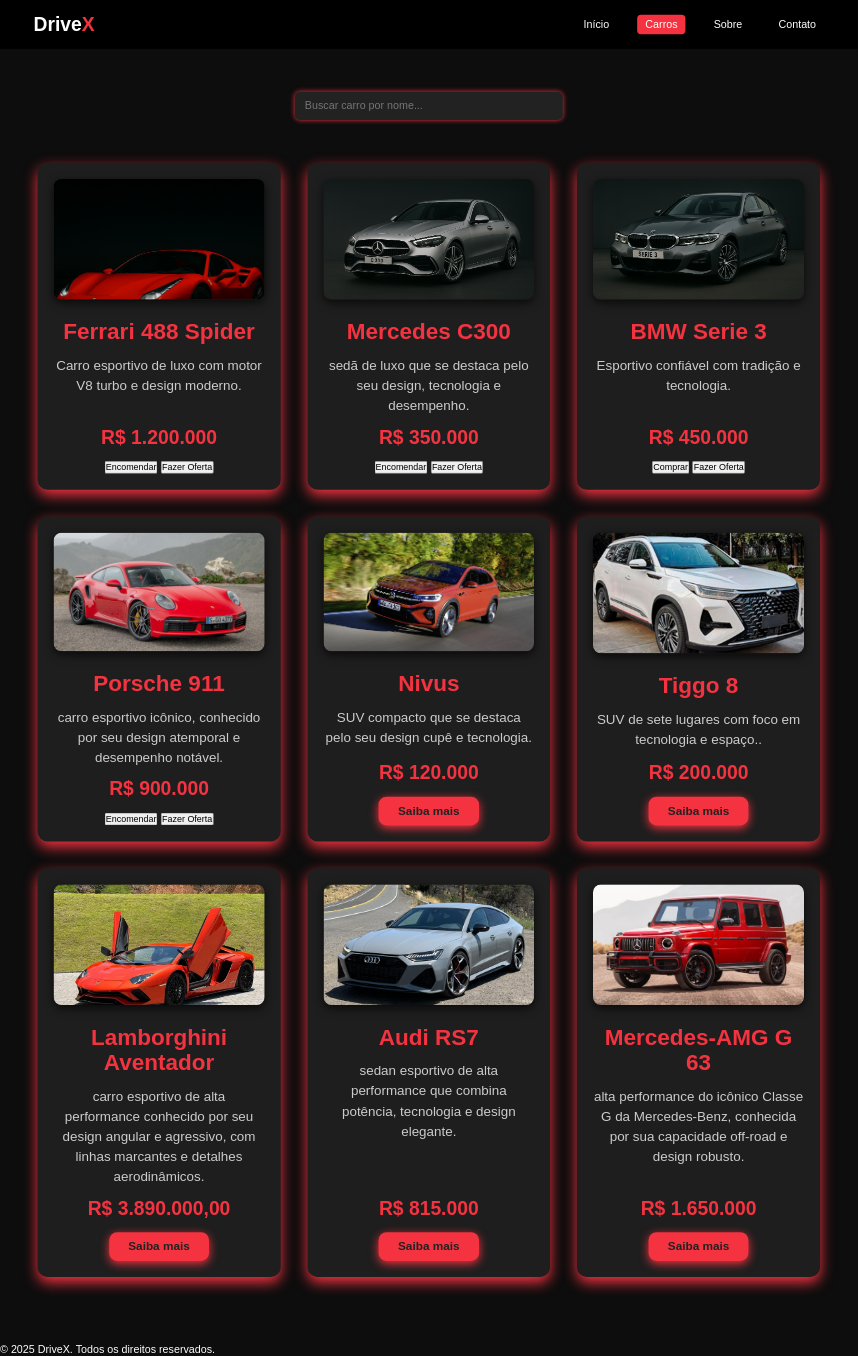
Repository: Mateushlp/DriveX
Page: carros.html
The author's editor kept a copy of each file at every save. The page is drawn from the files as they stood at one save, then again after the next save.
The browser window is 1280 px wide. The pictures show the whole page, at 67% of full size.

Above is the page before, as saved 2025-06-24 22:15:35.

### carros.html
<!DOCTYPE html>
<html lang="pt-br">
<head>
  <meta charset="UTF-8" />
  <meta name="viewport" content="width=device-width, initial-scale=1.0" />
  <title>DriveX - Carros Disponíveis</title>
  <link rel="stylesheet" href="carros.css" />
</head>
<body>
  <header>
    <div class="logo">
     <a href="./index.html">Drive<span>X</span></div></a>
    <nav>
      <ul>
        <li><a href="index.html">Início</a></li>
        <li><a href="carros.html" class="active">Carros</a></li>
        <li><a href="sobre.html">Sobre</a></li>
        <li><a href="contato.html">Contato</a></li>
      </ul>
    </nav>
  </header>

  <main>
    <section class="filtro" style="text-align:center; margin: 2rem 0;">
      <input type="text" id="filtro-carros" placeholder="Buscar carro por nome..." />
    </section>

    <section class="grid-carro">
      <div class="card-carro">
        <img src="./img/ferrari.png" alt="Ferrari 488 Spider" />
        <h3>Ferrari 488 Spider</h3>
        <p>Carro esportivo de luxo com motor V8 turbo e design moderno.</p>
        <strong>R$ 1.200.000</strong>
        <div class="botoes-card">
  <button class="btn-encomenda" data-modelo="Ferrari 488 Spider">Encomendar</button>
  <button class="btn-oferta" data-modelo="Ferrari 488 Spider">Fazer Oferta</button>
</div>
      </div>
      <div class="card-carro">
        <img src="./img/ChatGPT Image 19 de jun. de 2025, 23_14_08.png" alt="Mercedes C300" />
        <h3>Mercedes C300</h3>
        <p>sedã de luxo que se destaca pelo seu design, tecnologia e desempenho.</p>
        <strong>R$ 350.000</strong>
        <div class="botoes-card">
  <button class="btn-encomenda" data-modelo="Mercedes C300">Encomendar</button>
  <button class="btn-oferta" data-modelo="Mercedes C300">Fazer Oferta</button>
</div>

      </div>
      <div class="card-carro">
        <img src="./img/serie 3.png" alt="BMW Serie 3" />
        <h3>BMW Serie 3</h3>
        <p>Esportivo confiável com tradição e tecnologia.</p>
        <strong>R$ 450.000</strong>
       <div class="botoes-card">
  <button class="btn-encomenda" data-modelo="BMW Serie 3">Comprar</button>
  <button class="btn-oferta" data-modelo="BMW Serie 3">Fazer Oferta</button>
</div>

      </div>
           <div class="card-carro">
        <img src="./img/Porsche-911.jpg" alt="911" />
        <h3>Porsche 911</h3>
        <p> carro esportivo icônico, conhecido por seu design atemporal e desempenho notável.</p>
        <strong>R$ 900.000</strong>
       <div class="botoes-card">
  <button class="btn-encomenda" data-modelo="911">Encomendar</button>
  <button class="btn-oferta" data-modelo="911">Fazer Oferta</button>
</div>

      </div>
              <div class="card-carro">
        <img src="./img/nivus.jpg" alt="nivus" />
        <h3>Nivus</h3>
        <p> SUV compacto que se destaca pelo seu design cupê e tecnologia.</p>
        <strong>R$ 120.000</strong>
        <button class="btn-detalhes" data-modelo="nivus">Saiba mais</button>
      </div>
             <div class="card-carro">
        <img src="./img/tiggo8pro.jpg" alt="tiggo8" />
        <h3>Tiggo 8</h3>
        <p> SUV de sete lugares com foco em tecnologia e espaço..</p>
        <strong>R$ 200.000</strong>
        <button class="btn-detalhes" data-modelo="tiggo8">Saiba mais</button>
      </div>
                <div class="card-carro">
        <img src="./img/lamborghini.png" alt="aventador" />
        <h3>Lamborghini Aventador</h3>
        <p>carro esportivo de alta performance conhecido por seu design angular e agressivo, com linhas marcantes e detalhes aerodinâmicos.</p>
        <strong>R$ 3.890.000,00</strong>
        <button class="btn-detalhes" data-modelo="aventador">Saiba mais</button>
      </div>
                  <div class="card-carro">
        <img src="./img/audirs7.png" alt="audirs7" />
        <h3>Audi RS7</h3>
        <p> sedan esportivo de alta performance que combina potência, tecnologia e design elegante.</p>
        <strong>R$ 815.000</strong>
        <button class="btn-detalhes" data-modelo="audirs7">Saiba mais</button>
      </div>
                   <div class="card-carro">
        <img src="./img/g63.png" alt="g63" />
        <h3>Mercedes-AMG G 63</h3>
        <p> alta performance do icônico Classe G da Mercedes-Benz, conhecida por sua capacidade off-road e design robusto.</p>
        <strong>R$ 1.650.000</strong>
        <button class="btn-detalhes" data-modelo="g63">Saiba mais</button>
      </div>
      <!-- Adicione mais carros aqui -->
    </section>

    <!-- Modal para detalhes -->
    <div id="modal-detalhes" class="modal">
      <div class="modal-content">
        <span id="fechar-modal" class="fechar"></span>
        <h2 id="titulo-modal"></h2>
        <img id="img-modal" src="" alt="" style="max-width:100%; border-radius: 10px; margin-bottom: 1rem;" />
        <p id="descricao-modal"></p>
        <strong id="preco-modal"></strong>
      </div>
    </div>
  </main>

  <footer>
    <p>&copy; 2025 DriveX. Todos os direitos reservados.</p>
  </footer>

  <script src="carros.js"></script>
</body>
</html>

### carros.css
* {
  margin: 0;
  padding: 0;
  box-sizing: border-box;
}

body {
  font-family: 'Arial', sans-serif;
  background-color: #0d0d0d;
  color: #fff;
  min-height: 100vh;
  flex-direction: column;
}

header {
  display: flex;
  justify-content: space-between;
  align-items: center;
  padding: 20px 50px;
  background-color: #000;
}

a{
  text-decoration: none;
  color: #fff;
}

.logo {
  font-size: 1.8rem;
  font-weight: bold;
}

.logo span {
  color: #f53340;
}

nav ul {
  list-style: none;
  display: flex;
  gap: 30px;
}

nav a {
  color: #fff;
  text-decoration: none;
  font-size: 1rem;
}


.logo {
  font-size: 1.8rem;
  font-weight: bold;
  color: #fff;
}

.logo span {
  color: #f53340;
}

nav ul {
  list-style: none;
  display: flex;
  gap: 30px;
}

nav a {
  color: #fff;
  text-decoration: none;
  font-size: 1rem;
  padding: 6px 12px;
  border-radius: 6px;
  transition: background-color 0.3s ease;
}

nav a:hover,
nav a.active {
  background-color: #f53340;
  color: #fff;
}

main {
  display: grid;
  grid-template-columns: 2fr;
    padding: 2rem;
    gap: 2rem;
  padding: 2rem 1rem 3rem;
  max-width: 1200px;
  margin: 0 auto;
}


.filtro {
  text-align: center;
  margin-bottom: 3rem;
}

.filtro input[type="text"] {
  width: 90%;
  max-width: 400px;
  padding: 12px 15px;
  font-size: 1rem;
  border-radius: 8px;
  border: none;
  outline: none;
  box-shadow: 0 0 8px #f53340;
  background-color: #222;
  color: #fff;
  transition: box-shadow 0.3s ease;
}

.filtro input[type="text"]:focus {
  box-shadow: 0 0 15px #f53340;
}

.grid-carro {
  display: grid;
  grid-template-columns: repeat(auto-fill, minmax(320px, 1fr));
  gap: 2.5rem;
}

.card-carro {
  background: #1e1e1e;
  padding: 1.5rem;
  border-radius: 15px;
  box-shadow: 0 8px 20px #f53340;
  transition: transform 0.3s ease, box-shadow 0.3s ease;
  display: flex;
  flex-direction: column;
  align-items: center;
  height: 100%;
}

.card-carro:hover {
  transform: translateY(-8px);
  box-shadow: 0 12px 35px #f53340;
}

.card-carro img {
  width: 100%;
  max-height: 180px;
  object-fit: cover;
  border-radius: 12px;
  margin-bottom: 1.2rem;
  box-shadow: 0 5px 15px rgba(0,0,0,0.7);
}

.card-carro h3 {
  font-size: 2.1rem;
  color: #f53340;
  margin-top: 0.6rem;
  text-align: center;
}

.card-carro p {
  font-size: 1.25rem;
  line-height: 1.5;
  color: #ccc;
  margin-top: 1rem;
  flex-grow: 1;
  text-align: center;
}

.card-carro strong {
  font-size: 1.8rem;
  color: #f53340;
  margin: 1rem 0 1.2rem 0;
  font-weight: 900;
}


.btn-detalhes {
  background-color: #f53340;
  color: #222;
  border: none;
  padding: 0.7rem 1.8rem;
  border-radius: 12px;
  cursor: pointer;
  font-weight: 700;
  font-size: 1.1rem;
  transition: background-color 0.3s ease;
  box-shadow: 0 4px 15px #f53340;

.btn-detalhes:hover {
  background-color: #f53340;
  box-shadow: 0 6px 22px #f53340;
}


.modal {
  display: none;
  position: fixed;
  z-index: 9999;
  left: 0;
  top: 0;
  width: 100%;
  height: 100%;
  background-color: rgba(18, 18, 18, 0.85);
  justify-content: center;
  align-items: center;
  overflow-y: auto;
  padding: 2rem 1rem;
}

.modal.show {
  display: flex;
}

.modal-content {
  background: #2a2a2a;
  padding: 2.5rem;
  border-radius: 20px;
  max-width: 600px;
  text-align: center;
  box-shadow: 0 10px 40px #f53340;
  color: #fff;
  position: relative;
}

.fechar {
  position: absolute;
  top: 20px;
  right: 25px;
  font-size: 2.6rem;
  cursor: pointer;
  color: #f53340;
  transition: color 0.3s ease;
}

.fechar:hover {
  color: #f53340;
}

/* Footer */
footer {
  background-color: #000;
  text-align: center;
  padding: 15px 0;
  color: #777;
  font-size: 0.9rem;
  margin-top: auto;
}
}

### carros.js
// Filtro de busca
const inputFiltro = document.getElementById('filtro-carros');
const cards = document.querySelectorAll('.card-carro');

inputFiltro.addEventListener('input', function () {
  const termo = this.value.toLowerCase();

  cards.forEach((card) => {
    const nomeCarro = card.querySelector('h3').textContent.toLowerCase();
    if (nomeCarro.includes(termo)) {
      card.style.display = 'block';
    } else {
      card.style.display = 'none';
    }
  });
});

// Modal de detalhes
const botoesDetalhes = document.querySelectorAll('.btn-detalhes');
const modal = document.getElementById('modal-detalhes');
const tituloModal = document.getElementById('titulo-modal');
const imgModal = document.getElementById('img-modal');
const descricaoModal = document.getElementById('descricao-modal');
const precoModal = document.getElementById('preco-modal');
const fecharModal = document.getElementById('fechar-modal');

botoesDetalhes.forEach((btn) => {
  btn.addEventListener('click', () => {
    const card = btn.closest('.card-carro');
    const nome = card.querySelector('h3').textContent;
    const imagem = card.querySelector('img').src;
    const descricao = card.querySelector('p').textContent;
    const preco = card.querySelector('strong').textContent;

    tituloModal.textContent = nome;
    imgModal.src = imagem;
    imgModal.alt = nome;
    descricaoModal.textContent = descricao;
    precoModal.textContent = preco;

    modal.style.display = 'flex';
  });
});

fecharModal.addEventListener('click', () => {
  modal.style.display = 'none';
});

window.addEventListener('click', (event) => {
  if (event.target === modal) {
    modal.style.display = 'none';
  }
});

After the next save:
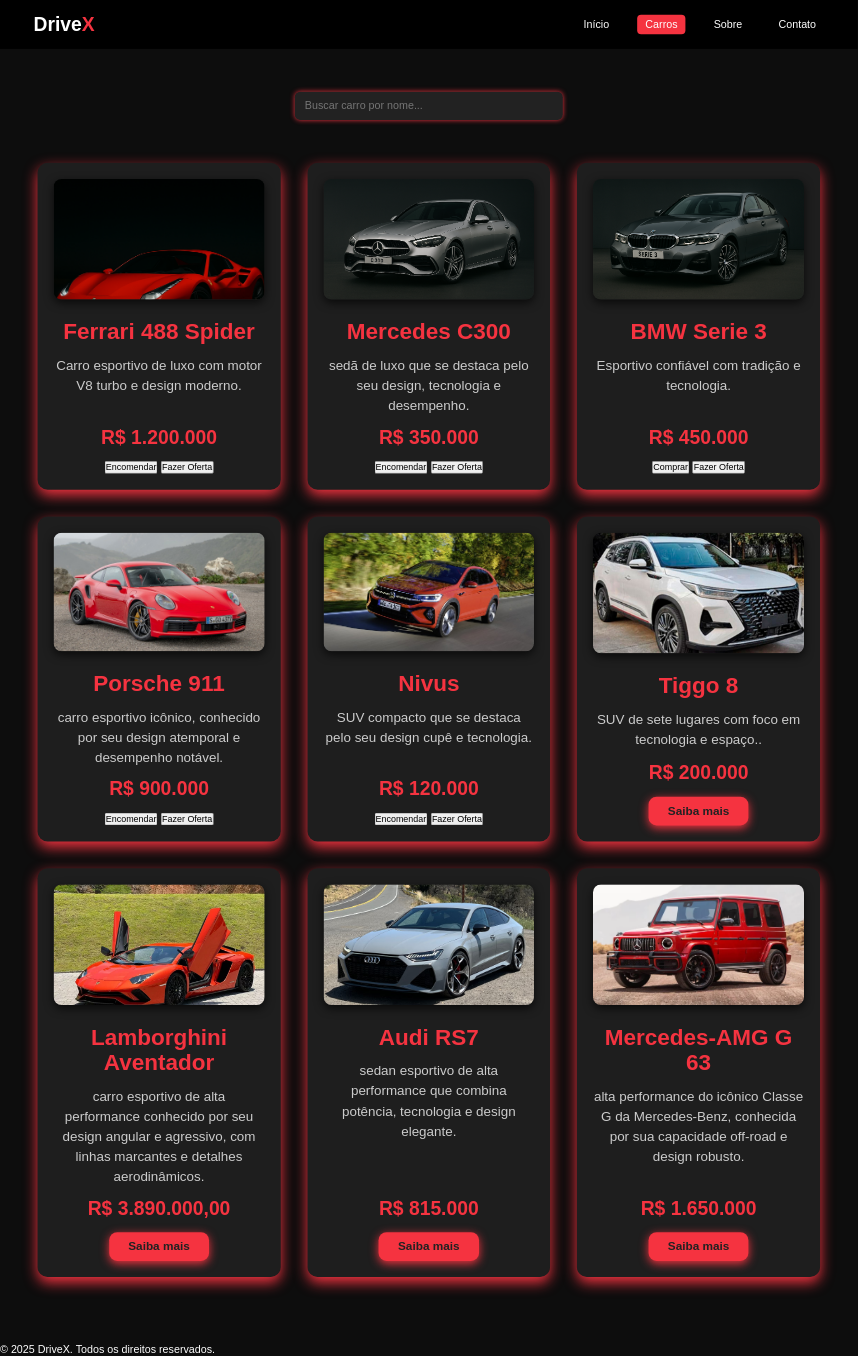
Saved 6 s later.
--- a/carros.html
+++ b/carros.html
@@ -74,7 +74,11 @@
         <h3>Nivus</h3>
         <p> SUV compacto que se destaca pelo seu design cupê e tecnologia.</p>
         <strong>R$ 120.000</strong>
-        <button class="btn-detalhes" data-modelo="nivus">Saiba mais</button>
+       <div class="botoes-card">
+  <button class="btn-encomenda" data-modelo="NOME_DO_CARRO">Encomendar</button>
+  <button class="btn-oferta" data-modelo="NOME_DO_CARRO">Fazer Oferta</button>
+</div>
+
       </div>
              <div class="card-carro">
         <img src="./img/tiggo8pro.jpg" alt="tiggo8" />
